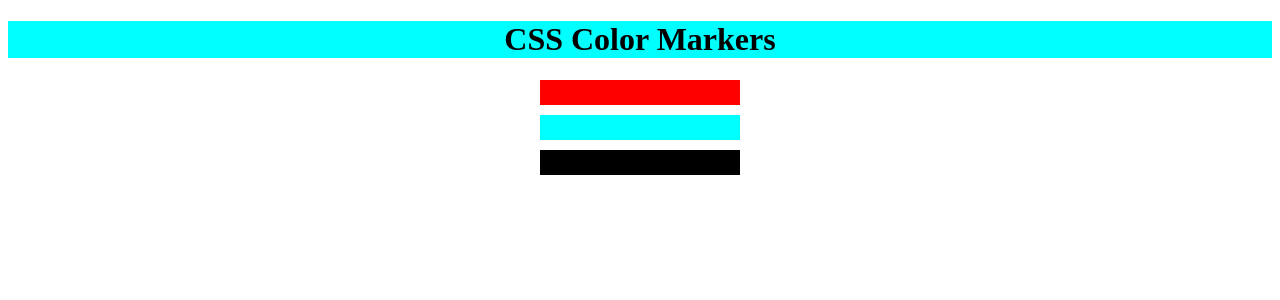
Repository: AimenDje/ColoredMarkers
Page: index.html
The author's editor kept a copy of each file at every save. The page is drawn from the files as they stood at one save, then again after the next save.
The browser window is 1280 px wide. The pictures show the whole page.

Above is the page before, as saved 2025-05-08 16:21:17.

After the next save:
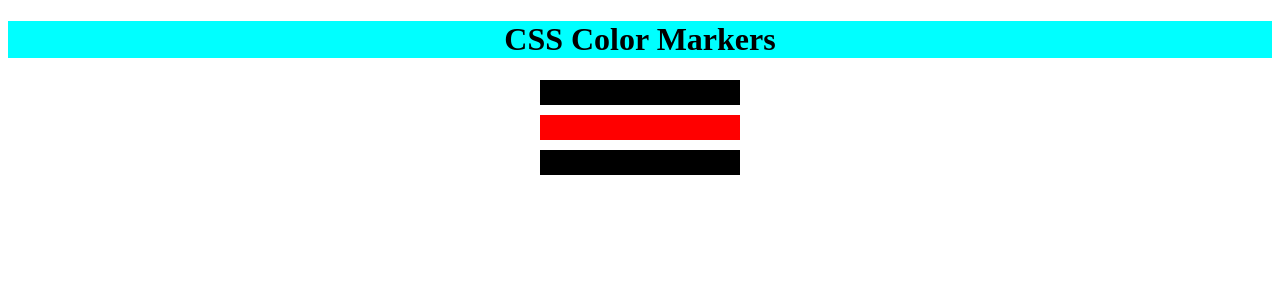
Saved 109 s later.
--- a/styles.css
+++ b/styles.css
@@ -10,11 +10,11 @@
   }
 
 .one {
-    background-color: rgb(255, 0, 0);
+    background-color: rgb(0, 0, 0);
 }
 
 .two {
-    background-color: rgb(0, 255, 255);
+    background-color: rgb(255,0, 0);
 }
 
 .three {
